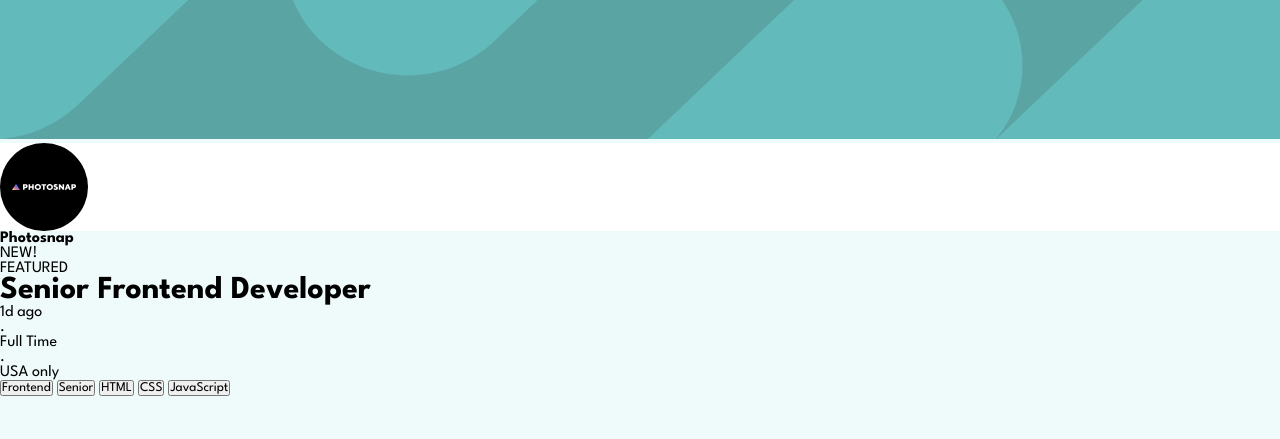
Repository: Eldream12/JobListing
Page: index.html
The author's editor kept a copy of each file at every save. The page is drawn from the files as they stood at one save, then again after the next save.
The browser window is 1280 px wide. The pictures show the whole page.

Above is the page before, as saved 2025-03-31 11:03:01.

After the next save:
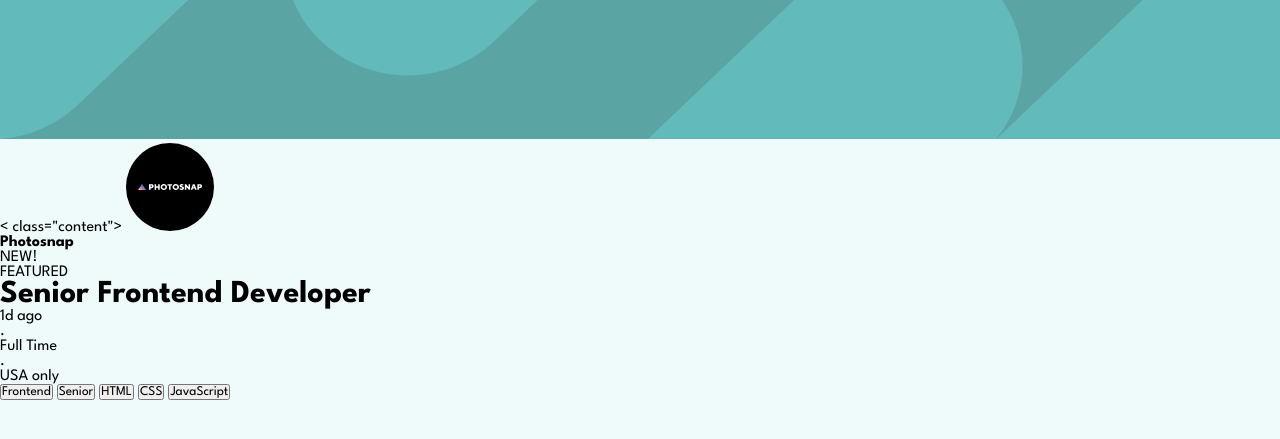
Saved 4 s later.
--- a/index.html
+++ b/index.html
@@ -16,8 +16,8 @@
 
 		<main>
 			<div class="content-carrier">
-				<div class="content">
-					<img src="Images/photosnap.svg" alt="photosnap" /></div>
+				< class="content">
+					<img src="Images/photosnap.svg" alt="photosnap" />
 					<div class="content-text">
 						<div class="txt-1">
 							<h4>Photosnap</h4>
